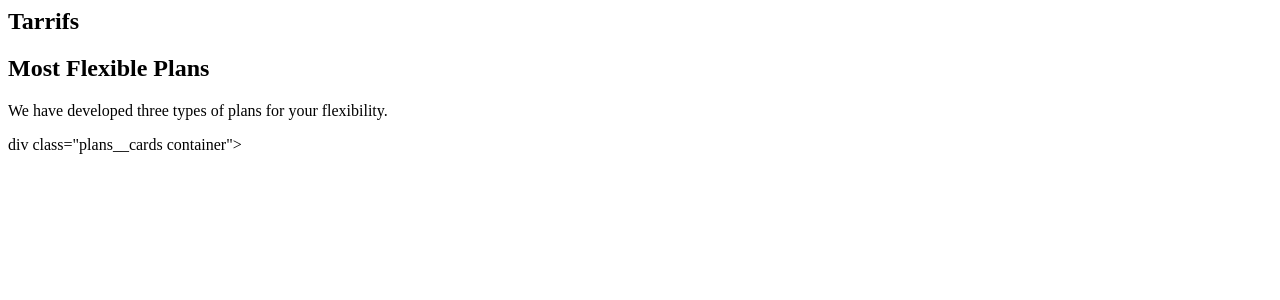
Repository: sanyathecreator/udrive-carsharing
Page: index.tarrifs.partial.html
These files come from the project's save history. The page is drawn as it stood at one moment and after the next save; the edit follows.
The browser window is 1280 px wide. The pictures show the whole page.

Above is the page before, as saved 2025-09-10 23:46:31.

### index.tarrifs.partial.html
<section class="tarrifs">
    <div class="plans__payments container">
      <h1 class ="plans__payments-title">Tarrifs</h1>
      <h2 class="plans__payments-subtitle">Most Flexible Plans</h2>
      <p class="plans__payments-text">We have developed three types of plans for your flexibility.</p>
    </div>

div class="plans__cards container">

After the next save:
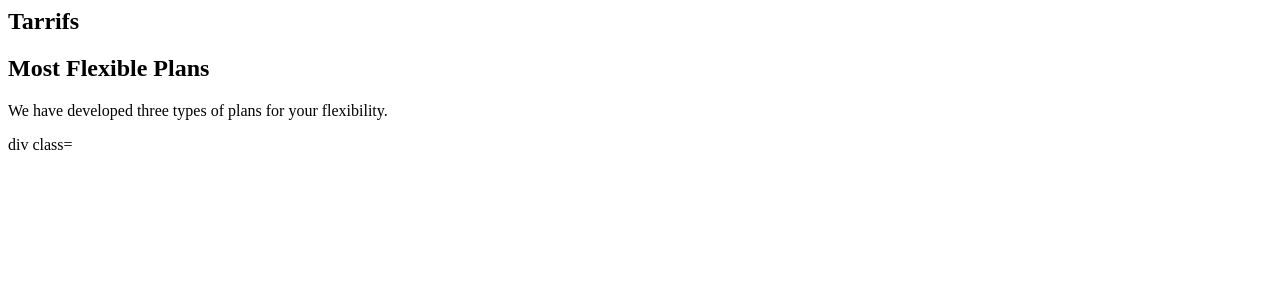
Saved 18 min 36 s later.
--- a/index.tarrifs.partial.html
+++ b/index.tarrifs.partial.html
@@ -5,4 +5,4 @@
       <p class="plans__payments-text">We have developed three types of plans for your flexibility.</p>
     </div>
 
-div class="plans__cards container">
+div class=
